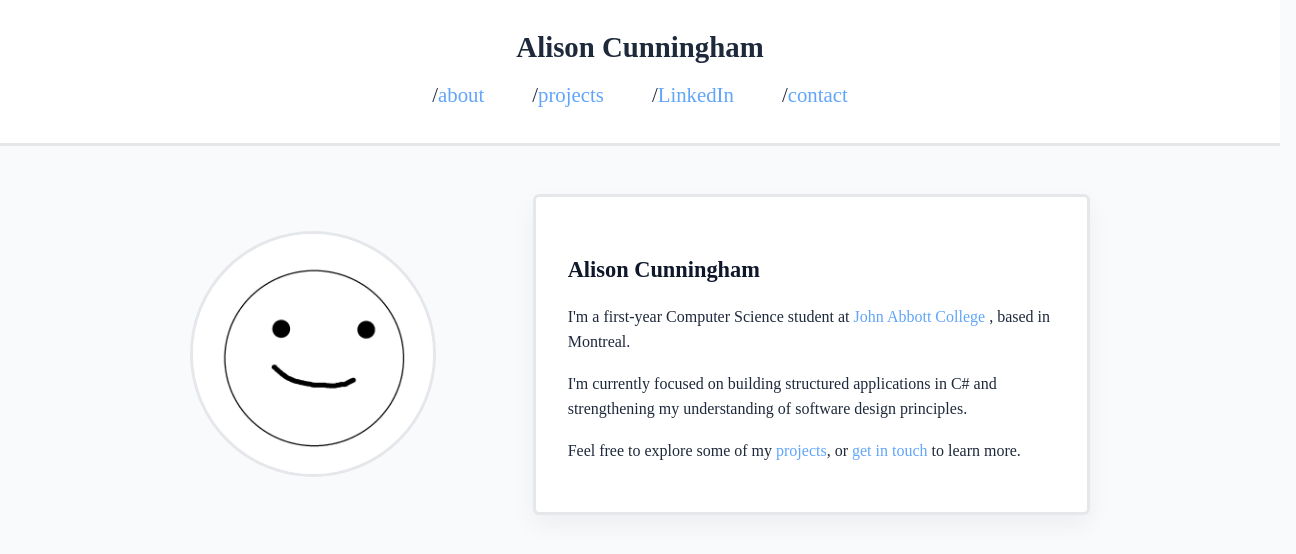
Repository: alison-cunningham/alison-cunningham
Page: index.html
An editor plug-in stored every save of this project. The page is shown before and after the next save, followed by the edit.
The browser window is 1280 px wide. The page is 1280 px wide, then 1296 px, so the pictures cover 1296 px, including what lies to the right of the window. The pictures show the whole page.
Some web fonts or font styles are not loaded; a fallback is used.

Above is the page before, as saved 2026-04-22 14:36:59.

After the next save:
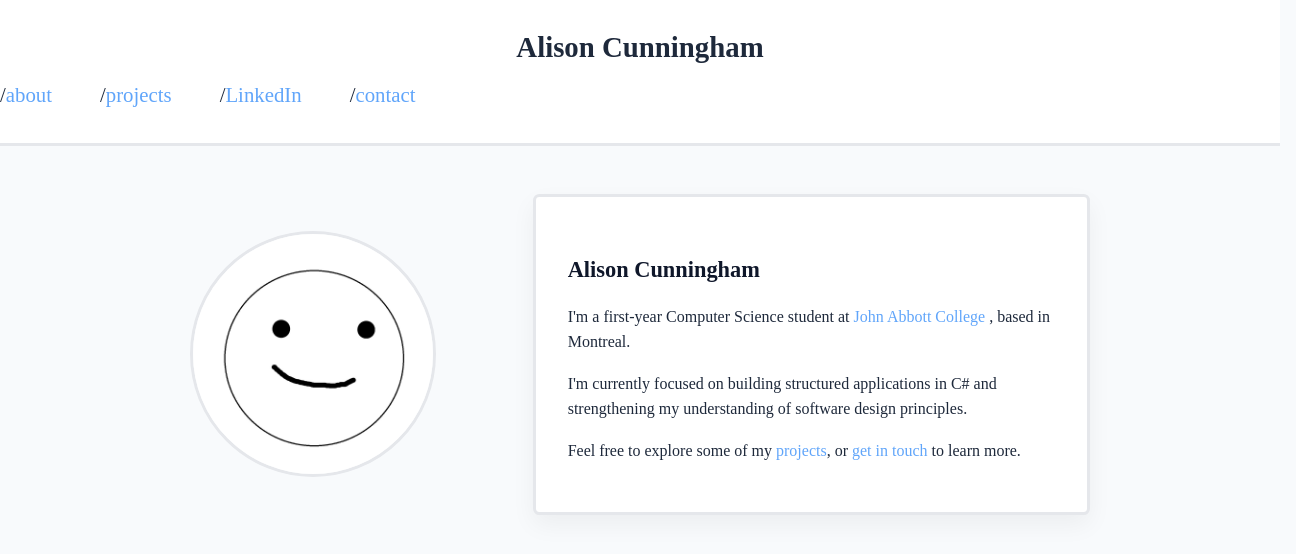
Saved 2 min 25 s later.
--- a/styles/index.css
+++ b/styles/index.css
@@ -26,8 +26,11 @@ header h1{
     white-space:nowrap;
 
     padding: 0.5rem 1rem;
+    margin-left: 2rem;
+    margin-right: 2rem;
 
     font-size: 1.3rem;
+    width: 100%
 }
 
 .hover-text{
